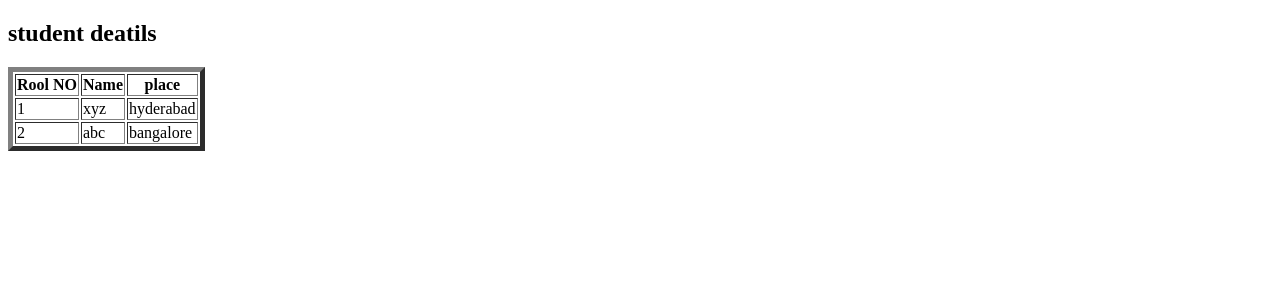
Repository: viveknaidu007/repo-113-HTML
Page: 3.html
An editor plug-in stored every save of this project. The page is shown before and after the next save, followed by the edit.
The browser window is 1280 px wide. The pictures show the whole page.

Above is the page before, as saved 2024-06-10 19:41:14.

After the next save:
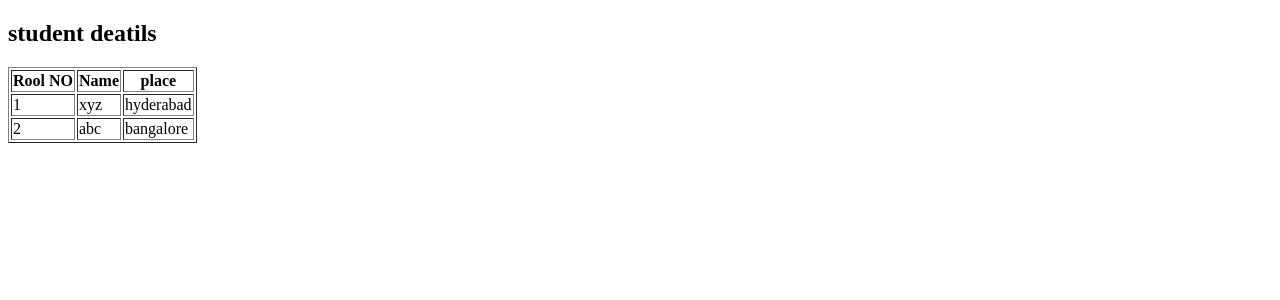
Saved 2 min 7 s later.
--- a/3.html
+++ b/3.html
@@ -6,7 +6,7 @@
 
     <body>
         <h2> student deatils</h2>
-        <table border="5">
+        <table border="1">
 
             <tr>
                 <th> Rool NO</th>
